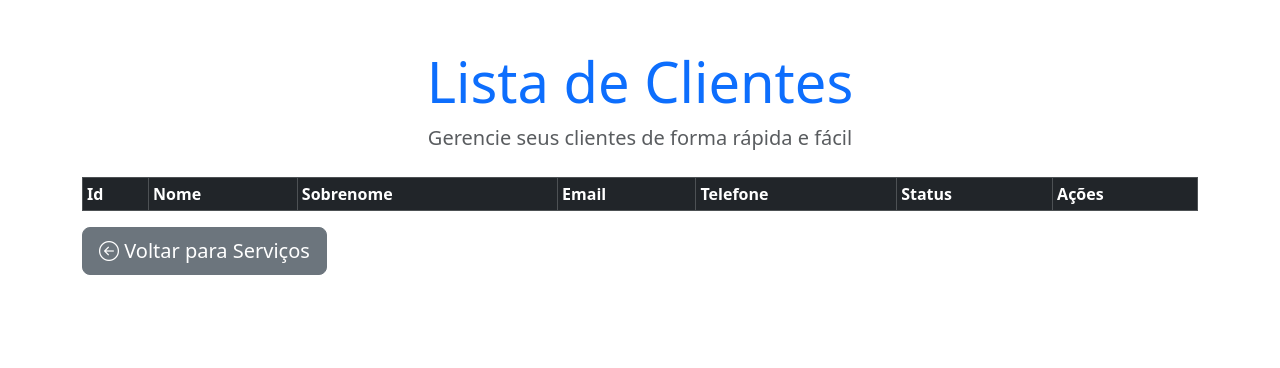
Repository: claudinez/kaspper-projeto-orcamento
Page: http://localhost/clientes/lista
These files come from the project's save history. The page is drawn as it stood at one moment and after the next save; the edit follows.
The browser window is 1280 px wide. The pictures show the whole page.
The page is this project's Thymeleaf template; nobody is signed in. The template is opened directly, without the code that normally fills it, so the values that code supplies are empty.

Above is the page before, as saved 2025-01-27 22:58:24.

### projeto_kaspper_back_end-main/sistema_servicos/sistema_servicos/src/main/resources/templates/clientes/lista.html
<!DOCTYPE html>
<html lang="pt-br" xmlns:th="http://www.thymeleaf.org">
<head>
    <meta charset="UTF-8">
    <meta name="viewport" content="width=device-width, initial-scale=1.0">
    <title>Lista de Clientes</title>
    <link href="https://cdn.jsdelivr.net/npm/bootstrap-icons/font/bootstrap-icons.css" rel="stylesheet">
    <link href="https://cdn.jsdelivr.net/npm/bootstrap@5.3.2/dist/css/bootstrap.min.css" rel="stylesheet">
</head>
<body>
<div class="container mt-5">
    <div class="text-center mb-4">
        <h1 class="display-4 text-primary">Lista de Clientes</h1>
        <p class="lead text-muted">Gerencie seus clientes de forma rápida e fácil</p>
    </div>
   	 <table class="table table-bordered table-hover table-striped table-sm">
        <thead class="table-dark">
            <tr>
                <th>Id</th>
                <th>Nome</th>
                <th>Sobrenome</th>
                <th>Email</th>
                <th>Telefone</th>
                <th>Status</th>
                <th>Ações</th>
            </tr>
        </thead>
        <tbody>
            <tr th:each="cliente : ${clientes}">
                <td th:text="${cliente.id}"></td>
                <td th:text="${cliente.nome}"></td>
                <td th:text="${cliente.sobrenome}"></td>
                <td th:text="${cliente.email}"></td>
                <td th:text="${cliente.telefone}"></td>
                <td th:text="${cliente.status}"></td>
                <td>



						<!-- Botão de Deletar com ícone -->
						<a th:href="@{/clientes/deletar/{id}(id=${cliente.id})}" class="btn btn-sm btn-danger" aria-label="Deletar cliente">
						    <i class="bi bi-trash"></i> Deletar
						</a>
                </td>
            </tr>
        </tbody>
    </table>
	    <div class="d-flex justify-content-between">
	        <!--  <a href="/clientes/novo" class="btn btn-success">Novo Cliente</a> -->

	         <!-- Botão de Voltar para Serviços -->
				<a th:href="@{/servicos/lista}" class="btn btn-lg btn-secondary text-white">
				    <i class="bi bi-arrow-left-circle"></i> Voltar para Serviços</a>
	    </div>
    </div>
</div>

<script src="https://cdn.jsdelivr.net/npm/bootstrap@5.3.0/dist/js/bootstrap.bundle.min.js"></script>
<script>
    // Função para filtrar os dados na tabela
    function filterTable() {
        const input = document.getElementById("searchInput");
        const filter = input.value.toLowerCase();
        const table = document.getElementById("clientesTable");
        const rows = table.getElementsByTagName("tr");

        for (let i = 1; i < rows.length; i++) { // Ignora o cabeçalho
            const cells = rows[i].getElementsByTagName("td");
            let match = false;

            for (let j = 0; j < cells.length; j++) {
                if (cells[j]) {
                    const text = cells[j].textContent || cells[j].innerText;
                    if (text.toLowerCase().includes(filter)) {
                        match = true;
                        break;
                    }
                }
            }

            rows[i].style.display = match ? "" : "none";
        }
    }
</script>

</body>
</html>

After the next save:
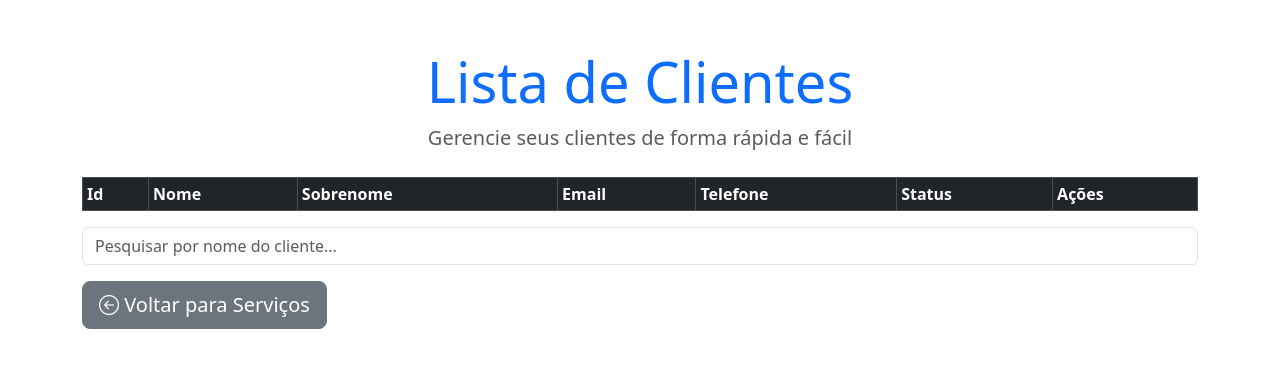
Saved 4 min 24 s later.
--- a/projeto_kaspper_back_end-main/sistema_servicos/sistema_servicos/src/main/resources/templates/clientes/lista.html
+++ b/projeto_kaspper_back_end-main/sistema_servicos/sistema_servicos/src/main/resources/templates/clientes/lista.html
@@ -45,6 +45,11 @@
             </tr>
         </tbody>
     </table>
+    <!-- Barra de pesquisa -->
+		<div class="mb-3">
+		    <input type="text" id="searchInput" class="form-control" placeholder="Pesquisar por nome do cliente..." onkeyup="filterTable()">
+		</div>
+
 	    <div class="d-flex justify-content-between">
 	        <!--  <a href="/clientes/novo" class="btn btn-success">Novo Cliente</a> -->
 
